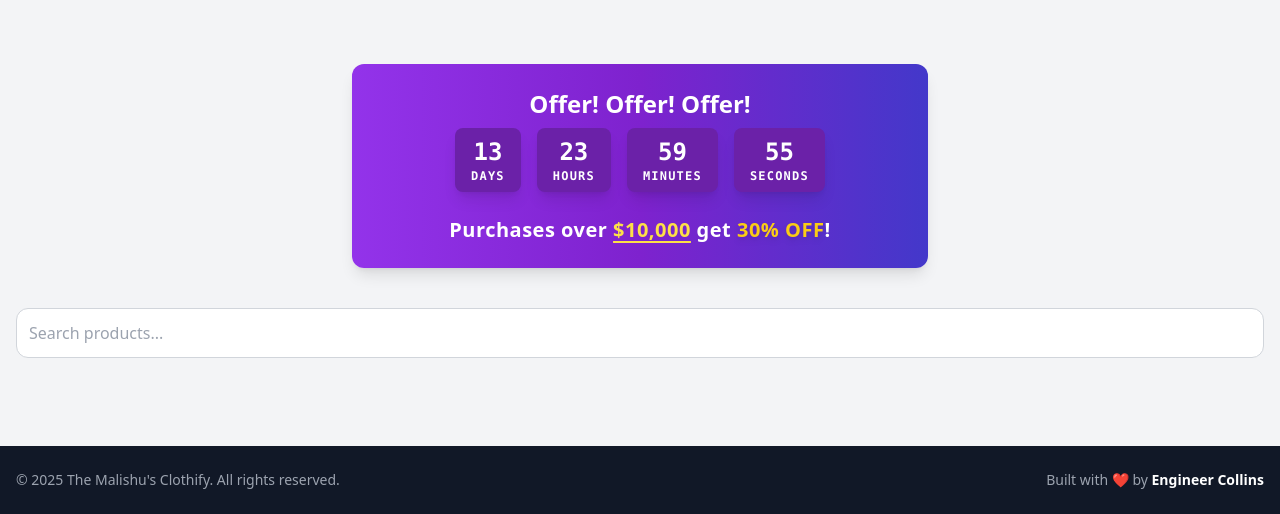
Repository: Engineer-collo/Modern-Ecommerce-Application
Page: /
The author's editor kept a copy of each file at every save. The page is drawn from the files as they stood at one save, then again after the next save.
The browser window is 1280 px wide. The pictures show the part of the page from y = 376 to 906 px (the page is 890 px tall before and 906 px after).
The page's requests for data from a server got no answer. The project was rebuilt for these pictures with package versions that can differ from the ones it lists, and the page was loaded fresh each time. No one was signed in, and anything a server would have sent is missing. Also part of the build but not shown: vite.config.js, src/components/SignupForm.jsx, src/components/LoginForm.jsx, src/components/ProductCard.jsx, src/components/Contact.jsx, src/components/About.jsx, src/components/Cart.jsx, src/components/ProductDetailsView.jsx.

Above is the page before, as saved 2025-05-26 10:50:17.

### index.html
<!DOCTYPE html>
<html lang="en">
<head>
  <meta charset="UTF-8">
  <meta name="viewport" content="width=device-width, initial-scale=1.0">
  <title>Ecommerce</title>
</head>
<body class="bg-gray-100">
  <div id="root"></div>
  <script type="module" src="/src/main.jsx"></script>
</body>
</html>

### src/main.jsx
import React from 'react'
import ReactDOM from 'react-dom/client'
import './index.css'
import App from './App'

ReactDOM.createRoot(document.getElementById('root')).render(
  <React.StrictMode>
    <App />
  </React.StrictMode>,
)

### src/App.jsx
import { BrowserRouter as Router, Routes, Route } from 'react-router-dom';
import { useEffect, useState } from 'react';
import Footer from './components/Footer';
import Navbar from './components/Navbar';
import SignupForm from './components/SignupForm';
import LoginForm from './components/LoginForm';
import ProductFeed from './components/ProductFeed';
import Contact from './components/Contact';
import About from './components/About';
import Cart from './components/Cart';
import ProductDetailsView from './components/ProductDetailsView';

import {
  showSuccessToast,
  ToastContainerWrapper,
} from './components/Toast';

function App() {
  const [cart, setCart] = useState([]);
  const [cartLoaded, setCartLoaded] = useState(false);

  // Load cart from localStorage
  useEffect(() => {
    const storedCart = localStorage.getItem("cart");
    if (storedCart) {
      try {
        setCart(JSON.parse(storedCart));
      } catch (error) {
        console.error("Failed to parse cart from localStorage:", error);
      }
    }
    setCartLoaded(true);
  }, []);

  // Save cart to localStorage when updated
  useEffect(() => {
    if (cartLoaded) {
      localStorage.setItem("cart", JSON.stringify(cart));
    }
  }, [cart, cartLoaded]);

  const addToCart = (product) => {
    setCart(prevCart => {
      const existing = prevCart.find(item => item.id === product.id);
      if (existing) {
        return prevCart.map(item =>
          item.id === product.id
            ? { ...item, quantity: item.quantity + 1 }
            : item
        );
      } else {
        return [...prevCart, { ...product, quantity: 1 }];
      }
    });
    showSuccessToast("Added to cart!");
  };

  const removeFromCart = (product) => {
    setCart(prevCart =>
      prevCart
        .map(item =>
          item.id === product.id
            ? { ...item, quantity: item.quantity - 1 }
            : item
        )
        .filter(item => item.quantity > 0)
    );
    showSuccessToast("Removed from cart!");
  };

  return (
    <Router>
      <Navbar cart={cart} />
      <Routes>
        <Route
          path="/"
          element={
            <ProductFeed
              showSuccessToast={showSuccessToast}
              cart={cart}
            />
          }
        />
        <Route
          path="/cart"
          element={
            <Cart
              cart={cart}
              removeFromCart={removeFromCart}
            />
          }
        />
        <Route path="/product/:id" element={<ProductDetailsView
         addToCart={addToCart}
        />} />
        <Route path="/login" element={<LoginForm />} />
        <Route path="/signup" element={<SignupForm />} />
        <Route path="/about" element={<About />} />
        <Route path="/contact" element={<Contact showSuccessToast={showSuccessToast} />} />
      </Routes>
      <ToastContainerWrapper />
      <Footer />
    </Router>
  );
}

export default App;

### src/components/Footer.jsx
const Footer = () => {
    return(
        <>
        <footer className="bg-gray-900 text-white py-6 mt-12">
  <div className="max-w-7xl mx-auto px-4 flex flex-col md:flex-row justify-between items-center space-y-4 md:space-y-0">
    <p className="text-sm text-gray-400">
      &copy; {new Date().getFullYear()} The Malishu's Clothify.  All rights reserved.
    </p>
    <p className="text-sm text-gray-400">
      Built with ❤️ by <span className="text-white font-semibold">Engineer Collins</span>
    </p>


  </div>
</footer>

        </>
    )
}

export default Footer

### src/components/Navbar.jsx
import React, { useState } from "react";
import { Link } from "react-router-dom";

const Navbar = ({ cart = [] }) => {
  const [isOpen, setIsOpen] = useState(false);

  const toggleMenu = () => setIsOpen(!isOpen);

  return (
    <header className="mt-2 bg-white shadow-md">
      <div className="max-w-7xl mx-auto px-10 py-10 flex flex-col md:flex-row md:justify-between md:items-center">
        <div className="flex justify-between items-center">
          <h1 className="text-2xl font-bold text-gray-800">
            <Link
              to="/"
              className="hover:text-blue-500 text-gray-700 transition"
            >
              <span className="text-purple-600">Malishu's Clothify</span>
            </Link>
          </h1>

          <div className="md:hidden">
            <button
              onClick={toggleMenu}
              className="text-gray-700 focus:outline-none"
            >
              <svg
                className="h-6 w-6"
                fill="none"
                stroke="currentColor"
                strokeWidth="2"
                viewBox="0 0 24 24"
              >
                <path
                  strokeLinecap="round"
                  strokeLinejoin="round"
                  d={
                    isOpen
                      ? "M6 18L18 6M6 6l12 12"
                      : "M4 6h16M4 12h16M4 18h16"
                  }
                />
              </svg>
            </button>
          </div>
        </div>

        {/* Removed search input here */}

        {/* Desktop nav */}
        <nav className="space-x-6 hidden md:flex">
          <Link
            to="/"
            className="text-xl hover:text-blue-500 font-bold text-gray-700 transition"
          >
            Home
          </Link>
          <Link
            to="/about"
            className="text-xl hover:text-blue-500 font-bold text-gray-700 transition"
          >
            About
          </Link>
          <Link
            to="/contact"
            className="text-xl hover:text-blue-500 font-bold text-gray-700 transition"
          >
            Contact
          </Link>
          <Link to="/cart" className="relative text-2xl font-bold hover:text-white transition">
  🛒
  <span className="absolute -top-2 -right-3 bg-red-500 text-white text-xs font-bold px-2 py-0.5 rounded-full">
    {cart.length}
  </span>
</Link>
          <Link
            to="/login"
            className="rounded p-1 bg-purple-500 font-bold text-white transition"
          >
            Login
          </Link>
        </nav>
      </div>

{/* Mobile nav */}
{isOpen && (
  <nav className="md:hidden bg-purple-600 text-white px-4 py-6 shadow-lg">
    <div className="flex flex-col items-center space-y-6">
      <Link
        to="/"
        className="text-2xl font-bold hover:text-white hover:underline transition"
      >
        Home
      </Link>
      <Link
        to="/about"
        className="text-2xl font-bold hover:text-white hover:underline transition"
      >
        About
      </Link>
      <Link
        to="/contact"
        className="text-2xl font-bold hover:text-white hover:underline transition"
      >
        Contact
      </Link>
      <Link to="/cart" className="relative text-2xl font-bold hover:text-white transition">
  🛒
  <span className="absolute -top-2 -right-3 bg-red-500 text-white text-xs font-bold px-2 py-0.5 rounded-full">
    {cart.length}
  </span>
</Link>
      <Link
        to="/login"
        className="text-center text-2xl font-bold bg-white text-purple-600 px-6 py-3 rounded-lg shadow-md hover:bg-purple-100 transition"
      >
        Login
      </Link>
    </div>
  </nav>
)}

    </header>
  );
};

export default Navbar;

### src/components/ProductFeed.jsx
import React, { useEffect, useState } from "react";
import ProductCard from "./ProductCard";
import OfferCountdown from "./OfferCountdown";
import VideoSlider from './VideoSlider';


const ProductFeed = ({ addToCart }) => {
  const [products, setProducts] = useState([]);
  const [searchTerm, setSearchTerm] = useState("");

  const url1 = 'https://www.w3schools.com/html/mov_bbb.mp4'

  const url2 = 'https://www.w3schools.com/html/mov_bbb.mp4'

  const url3 = 'https://www.w3schools.com/html/mov_bbb.mp4'

  const url4 = 'https://www.w3schools.com/html/mov_bbb.mp4'

  const videos = [url1, url2, url3, url4]

  useEffect(() => {
    fetch("https://fakestoreapi.com/products")
      .then((res) => res.json())
      .then((data) => setProducts(data))
      .catch((err) => console.error("Failed to fetch products:", err));
  }, []);

  const filteredProducts = products.filter((product) =>
    product.title.toLowerCase().includes(searchTerm.toLowerCase())
  );

  return (
    <>
    <VideoSlider videos={videos}/>
      <div className="mt-12 p-4 max-w-7xl mx-auto">
        {/* Modern styled offer card */}
        <div className="mb-10 p-6 rounded-xl shadow-lg bg-gradient-to-r from-purple-600 via-purple-700 to-indigo-700 text-white max-w-xl mx-auto">
          <h1 className="text-2xl font-bold text-center pb-2"> Offer! Offer! Offer!</h1>
          <OfferCountdown />
          <p className="mt-6 text-center text-lg sm:text-xl font-semibold tracking-wide">
            Purchases over{" "}
            <span className="text-yellow-300 underline decoration-yellow-300 underline-offset-4">
              $10,000
            </span>{" "}
            get{" "}
            <span className="text-yellow-400 font-extrabold drop-shadow-md">
              30% OFF
            </span>
            !
          </p>
        </div>

        {/* Search input */}
        <input
          type="text"
          placeholder="Search products..."
          value={searchTerm}
          onChange={(e) => setSearchTerm(e.target.value)}
          className="mb-6 p-3 w-full border border-gray-300 rounded-xl focus:outline-none focus:ring-4 focus:ring-purple-500 focus:border-transparent transition"
        />

        {/* Products grid */}
        <div className="grid grid-cols-2 md:grid-cols-3 lg:grid-cols-4 gap-6">
          {filteredProducts.map((product) => (
            <ProductCard
              key={product.id}
              product={product}
              addToCart={addToCart}
            />
          ))}
        </div>
      </div>
    </>
  );
};

export default ProductFeed;

### src/components/Toast.jsx
// src/components/Toast.js
import { toast, ToastContainer } from 'react-toastify';
import 'react-toastify/dist/ReactToastify.css';

// Toast functions
export const showSuccessToast = (message) =>
  toast.success(message, {
    className: 'bg-green-100 text-green-800 border border-green-300 rounded p-4',
    bodyClassName: 'text-sm',
    progressClassName: 'bg-green-500',
  });

export const showErrorToast = (message) =>
  toast.error(message, {
    className: 'bg-red-100 text-red-800 border border-red-300 rounded p-4',
    bodyClassName: 'text-sm',
    progressClassName: 'bg-red-500',
  });

export const showInfoToast = (message) =>
  toast.info(message, {
    className: 'bg-blue-100 text-blue-800 border border-blue-300 rounded p-4',
    bodyClassName: 'text-sm',
    progressClassName: 'bg-blue-500',
  });

export const showWarningToast = (message) =>
  toast.warn(message, {
    className: 'bg-yellow-100 text-yellow-800 border border-yellow-300 rounded p-4',
    bodyClassName: 'text-sm',
    progressClassName: 'bg-yellow-500',
  });

// Toast container
export const ToastContainerWrapper = () => (
  <ToastContainer position="top-center" autoClose={2000} />
);

### src/components/OfferCountdown.jsx
import React, { useEffect, useState } from "react";

const OfferCountdown = () => {
  const [timeLeft, setTimeLeft] = useState({
    days: "00",
    hours: "00",
    minutes: "00",
    seconds: "00",
  });

  useEffect(() => {
    // Set target time 14 days from now
    const targetTime = new Date();
    targetTime.setDate(targetTime.getDate() + 14);

    const updateCountdown = () => {
      const now = new Date();
      const diff = targetTime - now;

      if (diff <= 0) {
        setTimeLeft({ days: "00", hours: "00", minutes: "00", seconds: "00" });
        return;
      }

      const days = Math.floor(diff / (1000 * 60 * 60 * 24));
      const hours = Math.floor((diff / (1000 * 60 * 60)) % 24);
      const minutes = Math.floor((diff / (1000 * 60)) % 60);
      const seconds = Math.floor((diff / 1000) % 60);

      setTimeLeft({
        days: days.toString().padStart(2, "0"),
        hours: hours.toString().padStart(2, "0"),
        minutes: minutes.toString().padStart(2, "0"),
        seconds: seconds.toString().padStart(2, "0"),
      });
    };

    updateCountdown();
    const interval = setInterval(updateCountdown, 1000);

    return () => clearInterval(interval);
  }, []);

  return (
    <div className="flex justify-center space-x-4 text-white text-xl sm:text-2xl font-semibold font-mono select-none">
      <div className="flex flex-col items-center bg-purple-800 rounded-lg px-4 py-2 shadow-lg min-w-[60px]">
        <span>{timeLeft.days}</span>
        <span className="text-xs uppercase tracking-widest">Days</span>
      </div>
      <div className="flex flex-col items-center bg-purple-800 rounded-lg px-4 py-2 shadow-lg min-w-[60px]">
        <span>{timeLeft.hours}</span>
        <span className="text-xs uppercase tracking-widest">Hours</span>
      </div>
      <div className="flex flex-col items-center bg-purple-800 rounded-lg px-4 py-2 shadow-lg min-w-[60px]">
        <span>{timeLeft.minutes}</span>
        <span className="text-xs uppercase tracking-widest">Minutes</span>
      </div>
      <div className="flex flex-col items-center bg-purple-800 rounded-lg px-4 py-2 shadow-lg min-w-[60px]">
        <span>{timeLeft.seconds}</span>
        <span className="text-xs uppercase tracking-widest">Seconds</span>
      </div>
    </div>
  );
};

export default OfferCountdown;

### src/components/VideoSlider.jsx

import { Swiper, SwiperSlide } from 'swiper/react';
import 'swiper/css';
import 'swiper/css/autoplay';
import { Autoplay } from 'swiper/modules';


function VideoSlider({ videos }) {
  return (
    <Swiper
      modules={[Autoplay]}
      autoplay={{ delay: 6000 }}
      loop={true}
      className="w-full h-64 rounded overflow-hidden"
    >
      {videos.map((video, idx) => (
        <SwiperSlide key={idx}>
          <video src={video} autoPlay muted controls className="w-full h-full object-cover" />
        </SwiperSlide>
      ))}
    </Swiper>
  );
}

export default VideoSlider

Loaded but not shown: src/index.css (common file); tailwind.config.js (common file)

After the next save:
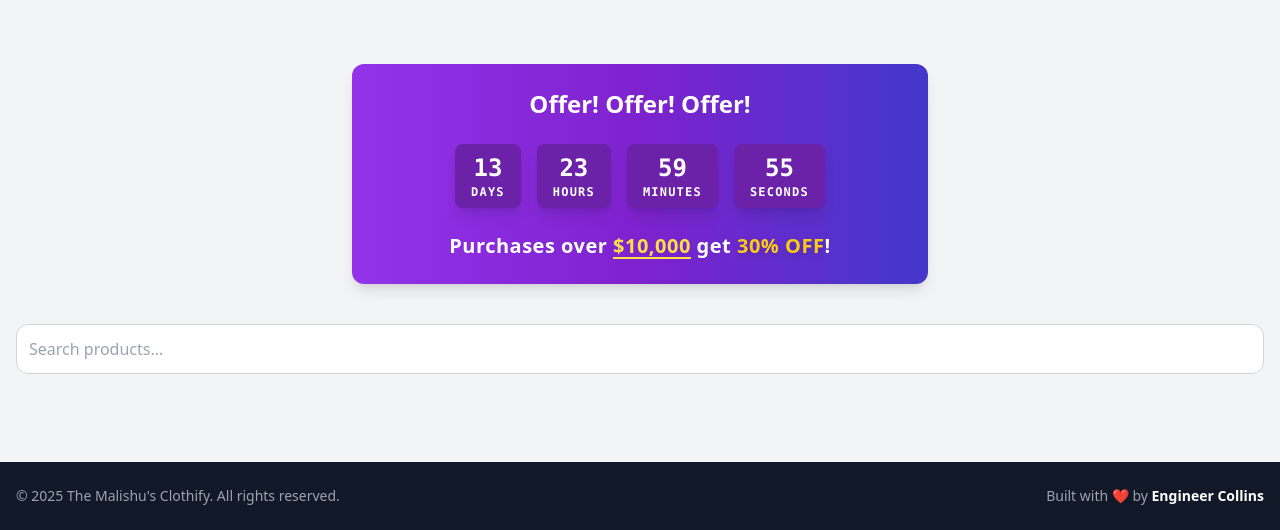
Saved 8 s later.
--- a/src/components/ProductFeed.jsx
+++ b/src/components/ProductFeed.jsx
@@ -35,7 +35,7 @@ const ProductFeed = ({ addToCart }) => {
       <div className="mt-12 p-4 max-w-7xl mx-auto">
         {/* Modern styled offer card */}
         <div className="mb-10 p-6 rounded-xl shadow-lg bg-gradient-to-r from-purple-600 via-purple-700 to-indigo-700 text-white max-w-xl mx-auto">
-          <h1 className="text-2xl font-bold text-center pb-2"> Offer! Offer! Offer!</h1>
+          <h1 className="text-2xl font-bold text-center pb-6"> Offer! Offer! Offer!</h1>
           <OfferCountdown />
           <p className="mt-6 text-center text-lg sm:text-xl font-semibold tracking-wide">
             Purchases over{" "}
